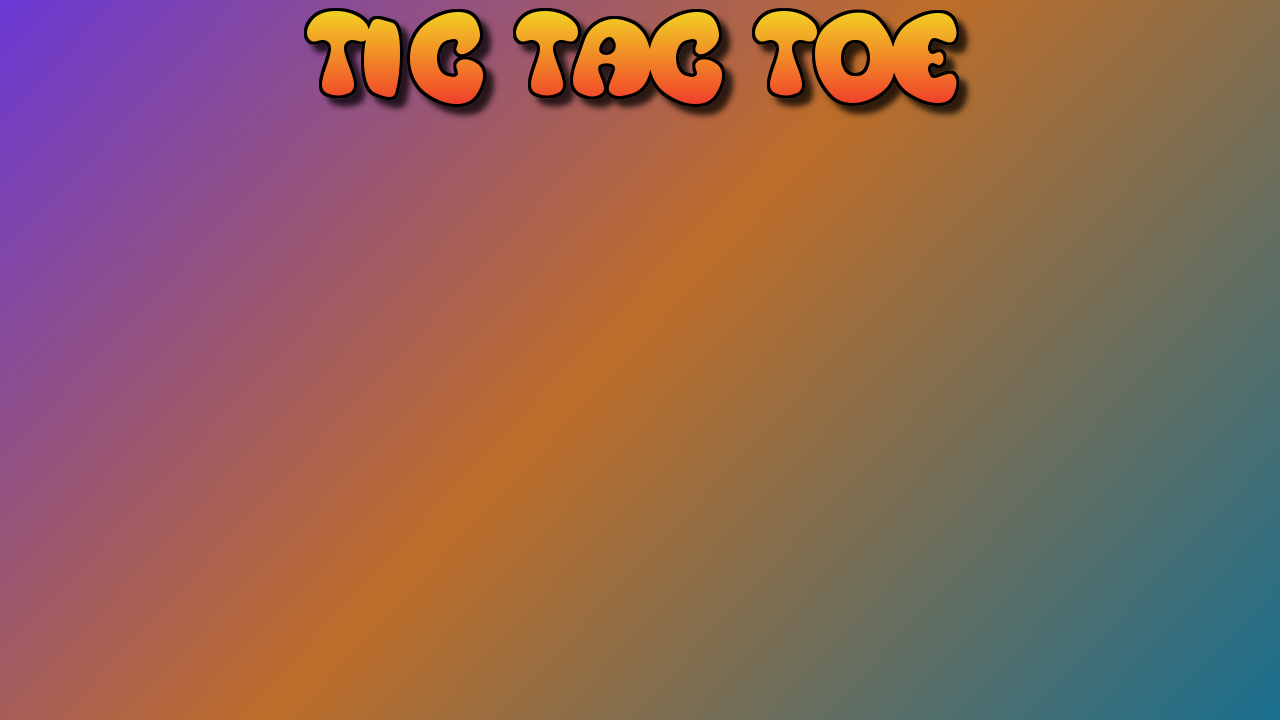
Repository: malx9/Project--5---Tic-Tac-Toe-with-AI
Page: index.html
The author's editor kept a copy of each file at every save. The page is drawn from the files as they stood at one save, then again after the next save.
The browser window is 1280 px wide. The pictures show the whole page.

Above is the page before, as saved 2023-12-25 17:14:35.

### index.html
<!DOCTYPE html>
<html lang="en">
  <head>
    <meta charset="UTF-8" />
    <meta name="viewport" content="width=device-width, initial-scale=1.0" />
    <link rel="stylesheet" href="styles.css" />
    <title>Tic Tac Toe</title>
  </head>
  <body>
    <header>
      <img class="logo" src="images/logo.png" />
    </header>
    <main>
      <div class="game--box">
        <div class="game--board">
          <div class="square"></div>
          <div class="square"></div>
          <div class="square"></div>
          <div class="square"></div>
          <div class="square"></div>
          <div class="square"></div>
          <div class="square"></div>
          <div class="square"></div>
          <div class="square"></div>
        </div>
      </div>
    </main>
  </body>
</html>

### styles.css
html {
  height: 100%;
  margin: 0;
}

body {
  margin: 0;
  background: rgb(106, 56, 213);
  background: linear-gradient(
    133deg,
    rgba(106, 56, 213, 1) 0%,
    rgba(190, 109, 41, 1) 48%,
    rgba(25, 111, 143, 1) 100%
  );
}

.logo {
  display: block;
  margin-left: auto;
  margin-right: auto;
}

.game--box {
  display: block;
  margin: auto;
  width: 700px;
  height: 500px;
}

After the next save:
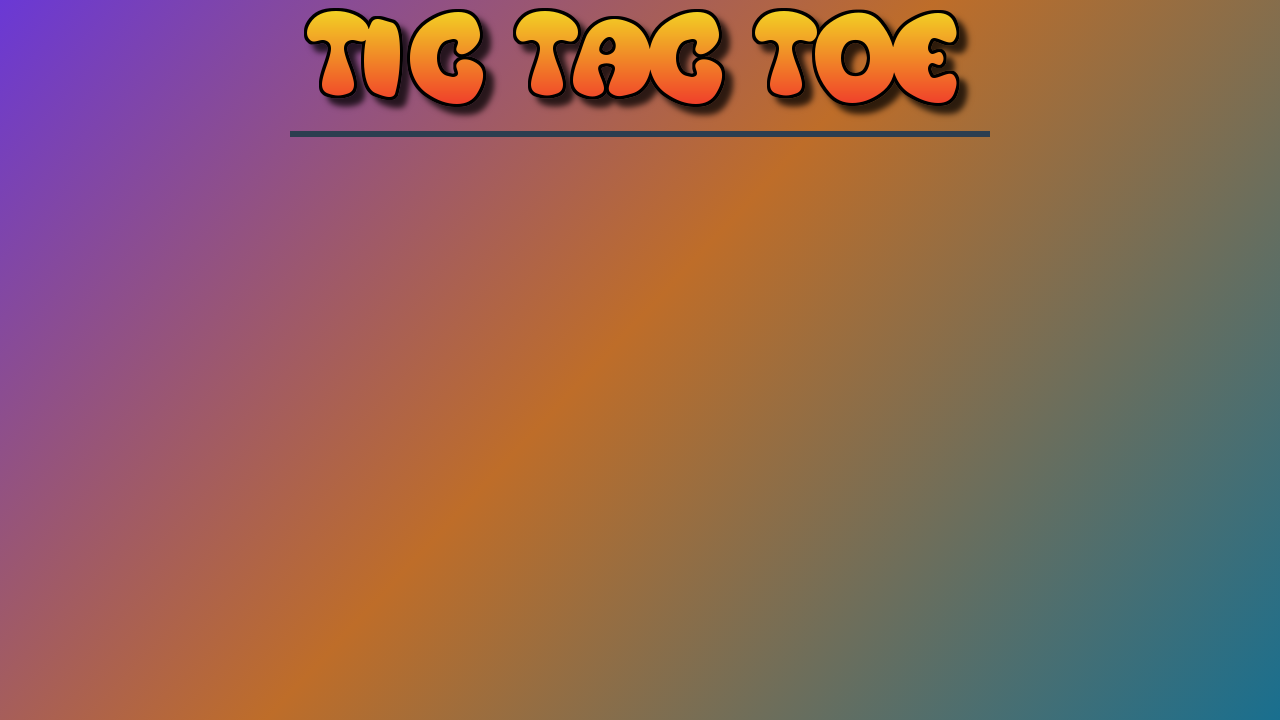
Saved 2 min 29 s later.
--- a/styles.css
+++ b/styles.css
@@ -26,3 +26,14 @@ body {
   width: 700px;
   height: 500px;
 }
+
+.game--board {
+  display: grid;
+  grid-template-columns: repeat(3, 1fr);
+  grid-template-rows: repeat(3, 1fr);
+}
+
+.square {
+  background-color: #3498db;
+  border: 1px solid #2c3e50;
+}
